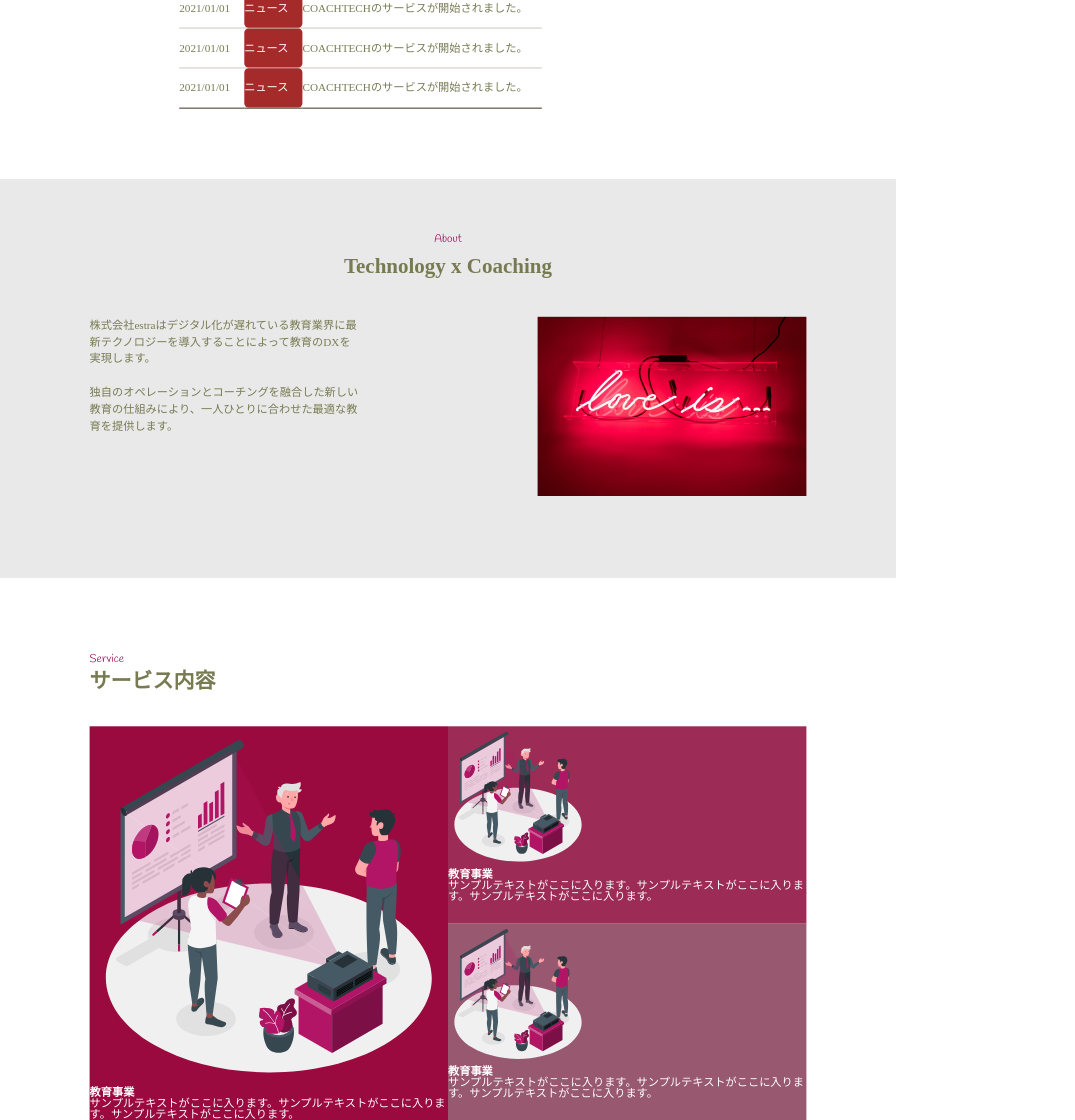
Repository: masanarimiura/20220504miura
Page: index.html
An editor plug-in stored every save of this project. The page is shown before and after the next save, followed by the edit.
The browser window is 1280 px wide. The page is 1536 px wide, so the pictures cover 1536 px, including what lies to the right of the window. The pictures show the part of the page from y = 882 to 2482 px (the page is 2482 px tall before and 2421 px after), at 70% of full size.
Some web fonts or font styles are not loaded; a fallback is used.

Above is the page before, as saved 2022-05-04 22:12:09.

### index.html
<!DOCTYPE html>
<html lang="ja">

<head>
  <meta charset="UTF-8">
  <meta http-equiv="X-UA-Compatible" content="IE=edge">
  <meta name="viewport" content="width=device-width, initial-scale=1.0">
  <title>20220504miura</title>
  <link rel="stylesheet" href="css/reset.css">
  <link rel="stylesheet" href="css/style.css">
  <link rel="preconnect" href="https://fonts.googleapis.com">
  <link rel="preconnect" href="https://fonts.gstatic.com" crossorigin>
  <link href="https://fonts.googleapis.com/css2?family=Gochi+Hand&display=swap" rel="stylesheet">
  <link rel="preconnect" href="https://fonts.googleapis.com">
  <link rel="preconnect" href="https://fonts.gstatic.com" crossorigin>
  <link href="https://fonts.googleapis.com/css2?family=Handlee&display=swap" rel="stylesheet">
</head>

<header class="header">
  <div class="header-inner">
    <div class="header-logo">
      <a href="">ssssssss
        <img src="img/estra_logo.png" alt="">
      </a>
    </div>
    <nav class="header-nav">
      <ul class="header-nav-list">
        <li class="header-nav-item"><a href="" class="header-nav-link">
            News
          </a></li>
        <li class="header-nav-item"><a href="" class="header-nav-link">
            About
          </a></li>
        <li class="header-nav-item"><a href="" class="header-nav-link">
            Service
          </a></li>
        <li class="header-nav-item"><a href="" class="header-nav-link">
            Blog
          </a></li>
        <li class="header-nav-item"><a href="" class="header-nav-link">
            Company
          </a></li>
        <li class="header-nav-item"><a href="" class="header-nav-link">
            Contact
          </a></li>
      </ul>
    </nav>
  </div>
</header>
<div class="firstview">
  <img src="img/firstview.jpg" alt="">
  <div class="firstview-inner">
    <h2 class="firstview-ttl">
      Commit to the <span class="firstview-text-emphasis">growth</span> <br>for everone
    </h2>
    <div class="firstview">
      <p class="firstview-text">
        全ての人の<span class="firstview-text-emphasis">成長</span>にコミットする
      </p>
      <p class="firstview-en">
        Educational Technology Company <br>estra inc 2019
      </p>
    </div>
  </div>
</div>
<div class="news">
  <p class="news-icon icon">News</p>
  <h2 class="news-ttl">新着情報
  </h2>
  <table class="news-table">
    <tr class="news-table-tr">
      <td class="news-table-date">2021/01/01</td>
      <td class="news-table-news">ニュース</td>
      <td class="news-table-text">COACHTECHのサービスが開始されました。</td>
    </tr>
    <tr class="news-table-tr">
      <td class="news-table-date">2021/01/01</td>
      <td class="news-table-news">ニュース</td>
      <td class="news-table-text">COACHTECHのサービスが開始されました。</td>
    </tr>
    <tr class="news-table-tr">
      <td class="news-table-date">2021/01/01</td>
      <td class="news-table-news">ニュース</td>
      <td class="news-table-text">COACHTECHのサービスが開始されました。</td>
    </tr>
    <tr class="news-table-tr">
      <td class="news-table-date">2021/01/01</td>
      <td class="news-table-news">ニュース</td>
      <td class="news-table-text">COACHTECHのサービスが開始されました。</td>
    </tr>
    <tr class="news-table-tr">
      <td class="news-table-date">2021/01/01</td>
      <td class="news-table-news">ニュース</td>
      <td class="news-table-text">COACHTECHのサービスが開始されました。</td>
    </tr>
  </table>
</div>
<div class="about">
  <div class="about-top">
    <div class="about-icon icon">About</div>
    <h2 class="about-ttl">Technology x Coaching</h2>
  </div>
  <div class="about-inner">
    <div class="about-text">
      <p class="about-text-content">
        株式会社estraはデジタル化が遅れている教育業界に最新テクノロジーを導入することによって教育のDXを実現します。　<br><br>
        独自のオペレーションとコーチングを融合した新しい教育の仕組みにより、一人ひとりに合わせた最適な教育を提供します。
      </p>
    </div>
    <img src="img/about.jpg" alt="">
  </div>
</div>
<div class="service">
  <div class="service-top">
    <div class="service-icon icon">Service</div>
    <h2 class="service-ttl">サービス内容</h2>
  </div>
  <div class="service-box">
    <div class="service-box1">
      <img src="img/service__first.svg" alt="" class="service-img">
      <h3 class="service-box-ttl1">教育事業</h3>
      <p class="service-box-text1">サンプルテキストがここに入ります。サンプルテキストがここに入ります。サンプルテキストがここに入ります。</p>
    </div>
    <div class="service-box2">
      <img src="img/service__first.svg" alt="" class="service-img">
      <h3 class="service-box-ttl2">教育事業</h3>
      <p class="service-box-text2">サンプルテキストがここに入ります。サンプルテキストがここに入ります。サンプルテキストがここに入ります。</p>
    </div>
    <div class="service-box3">
      <img src="img/service__first.svg" alt="" class="service-img">
      <h3 class="service-box-ttl3">教育事業</h3>
      <p class="service-box-text3">サンプルテキストがここに入ります。サンプルテキストがここに入ります。サンプルテキストがここに入ります。</p>
    </div>
  </div>
</div>

<body>

</body>

</html>

### css/style.css
* {
  color: rgb(120, 123, 82);
}
a {
  text-decoration: none;
  color: inherit;
}
.header {
  width: 100%;
}
.header-inner {
  display: flex;
  justify-content: space-between;
  margin: 10px 20px;
}
.header img {
  width: 100px;
}
.header-nav {
  margin: 10px 20px;
}
.header-nav-list {
  display: flex;
  justify-content: center;
}
.header-nav-item:not(:last-child) {
  padding-right: 20px;
}
.firstview {
  width: 100%;
  position: relative;
}
.firstview-inner {
  position: absolute;
  top: 20%;
  left: 20%;
  width: 100%;
}
.firstview img {
  width: 60%;
  margin: 0 0 0 auto;
  display: block;
}
.firstview-ttl {
  color: rgb(119, 21, 70);
  font-size: 50px;
  font-family: "Gochi Hand", cursive;
  line-height: 1.5;
}
.firstview-text {
  color: rgb(119, 21, 70);
  font-size: 20px;
  margin-top: 30px;
}
.firstview-en {
  line-height: 1.5;
  margin-top: 10px;
}
.firstview-text-emphasis {
  color: rgb(32, 134, 172);
  font-weight: bold;
}
.news {
  margin: 100px auto 0;
  width: 60%;
}
.icon {
  color: rgb(153, 21, 92);
  font-family: "Handlee", cursive;
  line-height: 2;
}
.news-ttl {
  font-size: 30px;
  color: rgb(114, 110, 95);
}
.news-table {
  align-items: center;
  border-top: 2px solid rgb(114, 110, 95);
  border-bottom: 2px solid rgb(114, 110, 95);
  margin-top: 20px;
}
.news-table-tr {
  border-bottom: 1px solid rgb(182, 177, 160);
  padding: 30px 0;
}
.news-table-tr td {
  padding: 20px 20px 20px 0;
}
.news-table-news {
  background-color: brown;
  display: inline-block;
  padding: 1px 1px;
  border-radius: 6px;
  margin: 0 0;
  text-align: center;
  align-items: center;
  color: #fff;
}
.about {
  width: 100%;
  background-color: rgb(233, 233, 233);
  margin-top: 100px;
  line-height: 1.5;
  height: 500px;
  padding: 50px 0 20px;
}
.about-top {
  text-align: center;
  margin: 20px;
}
.about-ttl {
  font-size: 30px;
  margin-bottom: 50px;
}
.about-inner {
  display: flex;
  justify-content: space-around;
}
.about-text {
  width: 30%;
}
.about-inner img {
  width: 30%;
}
.service {
  width: 80%;
  margin: 100px auto 0;
}
.service-top {
  margin-bottom: 50px;
}
.service-ttl {
  font-size: 30px;
}
.service-box {
  display: grid;
  grid-template-rows: 50% 50%;
  grid-template-columns: 50% 50%;
}
.service-box1,
.service-box2 img,
.service-box3 img {
  width: 200px;
}
.service-box1 {
  grid-column: 1/2;
  grid-row: 1/3;
  background-color: rgb(155, 10, 63);
  width: 100%;
}
.service-box-ttl1,
.service-box-ttl2,
.service-box-ttl3,
.service-box-text1,
.service-box-text2,
.service-box-text3 {
  color: #fff;
}
.service-box2 {
  grid-column: 2/3;
  grid-row: 1/2;
  background-color: rgb(156, 44, 85);
  width: 100%;
}
.service-box3 {
  grid-column: 2/3;
  grid-row: 2/3;
  background-color: rgb(152, 89, 112);
  width: 100%;
}

Loaded but not shown: css/reset.css (common file)

After the next save:
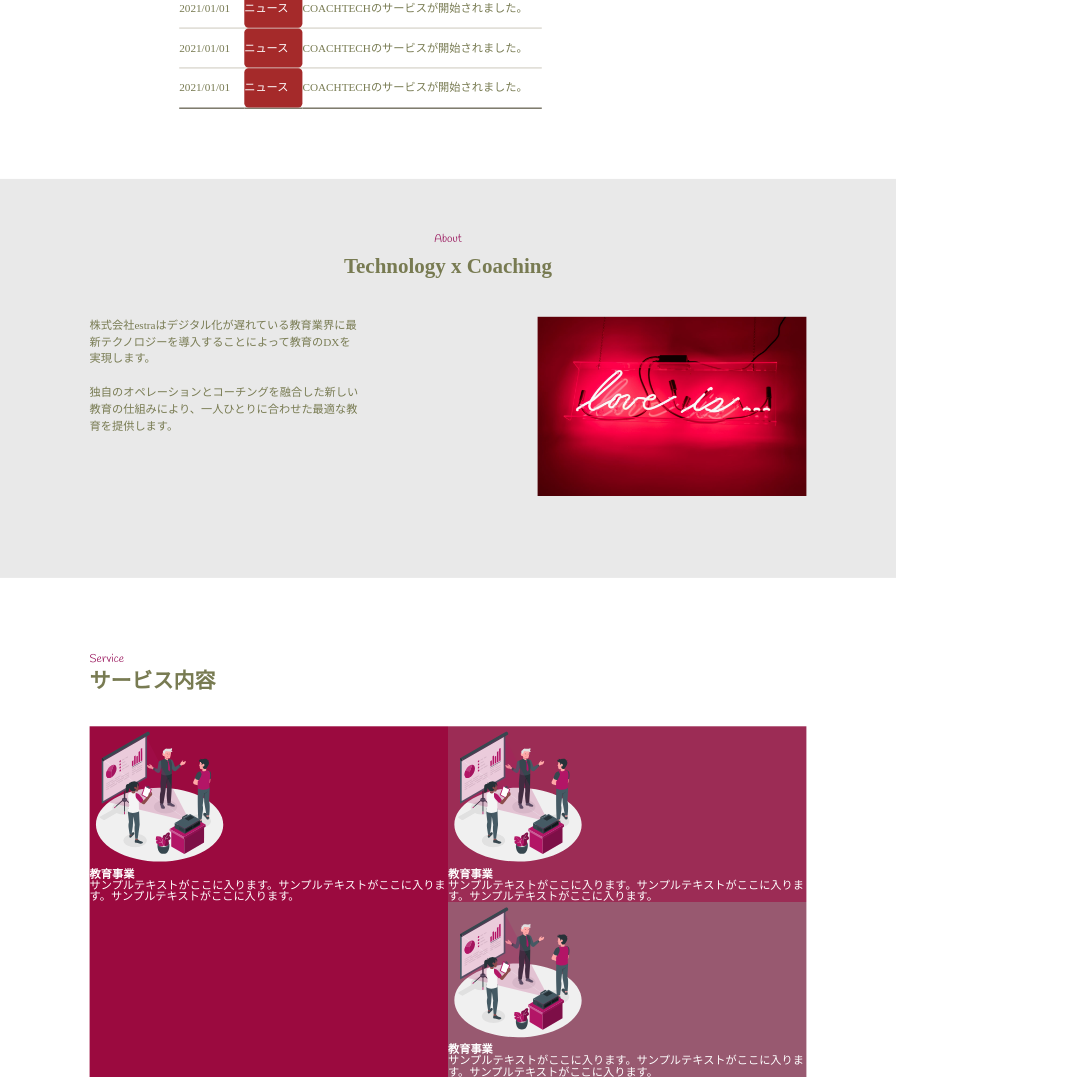
Saved 7 s later.
--- a/css/style.css
+++ b/css/style.css
@@ -137,7 +137,7 @@ a {
   grid-template-rows: 50% 50%;
   grid-template-columns: 50% 50%;
 }
-.service-box1,
+.service-box1 img,
 .service-box2 img,
 .service-box3 img {
   width: 200px;
